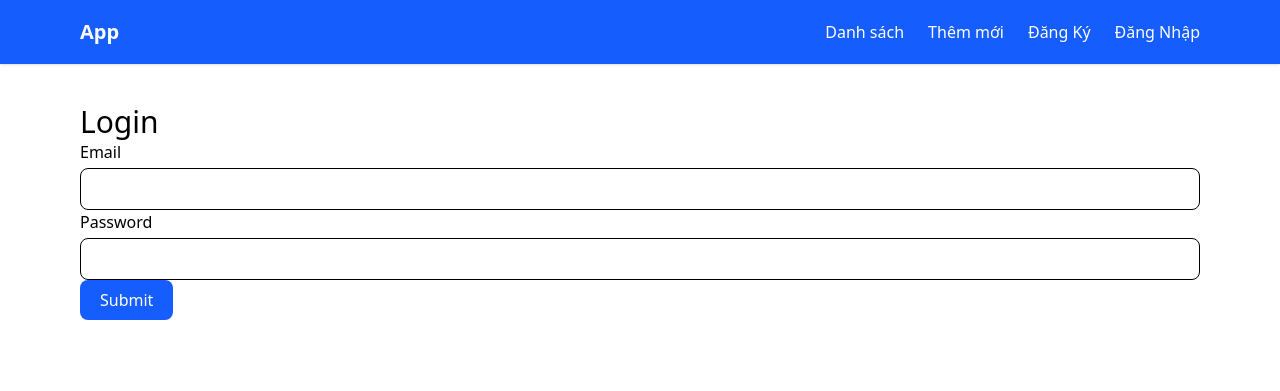
Repository: DODUCHUY195/Lap_Trinh_TypeScript
Page: /login
The author's editor kept a copy of each file at every save. The page is drawn from the files as they stood at one save, then again after the next save.
The browser window is 1280 px wide. The pictures show the whole page.
The project was rebuilt for these pictures with package versions that can differ from the ones it lists, and the page was loaded fresh each time. Also part of the build but not shown: vite.config.ts, src/pages/List.tsx, src/pages/Add.tsx, src/pages/Edit.tsx.

Above is the page before, as saved 2026-01-26 19:38:05.

After the next save:
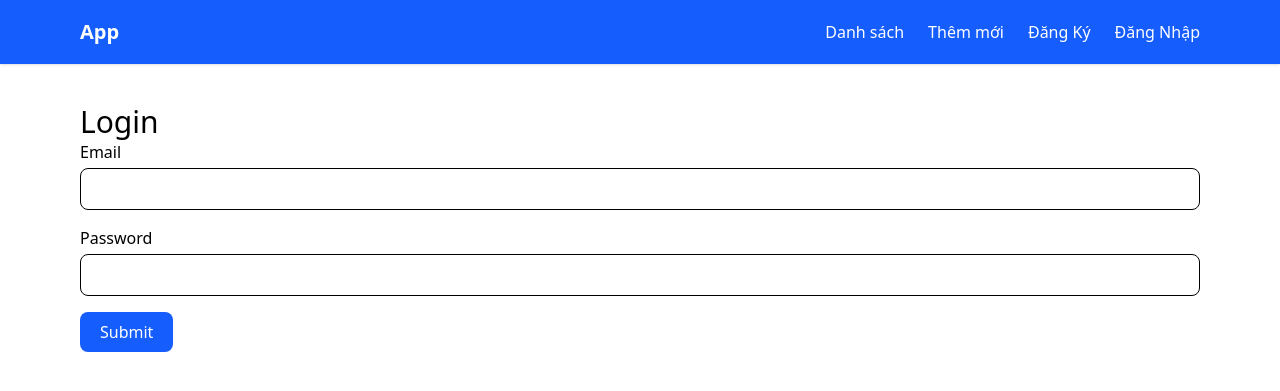
Saved 119 s later.
--- a/src/pages/AuthPage.tsx
+++ b/src/pages/AuthPage.tsx
@@ -8,25 +8,36 @@ type Props = {
 };
 
 type FormValues = {
+  username?: string;
   email: string;
   password: string;
+  confirmPassword?: string;
 };
 
 function AuthPage({ isLogin }: Props) {
   const nav = useNavigate();
-  const { register, handleSubmit } = useForm<FormValues>();
+  const {
+    register,
+    handleSubmit,
+    watch,
+    formState: { errors },
+  } = useForm<FormValues>();
   const onSubmit = async (values: FormValues) => {
     try {
       if (isLogin) {
-        const { data } = await axios.post(
-          "http://localhost:3000/login",
-          values,
-        );
+        const { data } = await axios.post("http://localhost:3000/login", {
+          email: values.email,
+          password: values.password,
+        });
         localStorage.setItem("accessToken", data.accessToken);
         toast.success("Đăng nhập thành công");
         nav("/list");
       } else {
-        await axios.post("http://localhost:3000/register", values);
+        await axios.post("http://localhost:3000/register", {
+          username: values.username,
+          email: values.email,
+          password: values.password,
+        });
         toast.success("Đăng ký thành công");
         nav("/login");
       }
@@ -34,35 +45,77 @@ function AuthPage({ isLogin }: Props) {
       console.log(error);
     }
   };
-
-  const validateForm = (): boolean => {
-    return true;
-  };
   return (
     <div className="">
       <h1 className="text-3xl">{isLogin ? "Login" : "Register"}</h1>
-      <form onSubmit={handleSubmit(onSubmit)}>
+      <form onSubmit={handleSubmit(onSubmit)} className="space-y-4">
+        {!isLogin && (
+          <div>
+            <label className="block font-medium mb-1">Username</label>
+            <input
+              {...register("username", {
+                required: "Bắt buộc",
+                minLength: { value: 5, message: "Phải > 4 ký tự" },
+              })}
+              type="text"
+              className="w-full border rounded-lg px-3 py-2 focus:outline-none focus:ring-2 focus:ring-blue-500"
+            />
+            {errors.username && (
+              <p className="text-red-600 mt-1">{errors.username.message}</p>
+            )}
+          </div>
+        )}
         <div>
-          <label htmlFor="text" className="block font-medium mb-1">
-            Email
-          </label>
+          <label className="block font-medium mb-1">Email</label>
           <input
-            {...register("email")}
+            {...register("email", {
+              required: "Bắt buộc",
+              pattern: {
+                value:
+                  /^[A-Za-z0-9._%+-]+@[A-Za-z0-9.-]+\.[A-Za-z]{2,}$/,
+                message: "Email không hợp lệ",
+              },
+            })}
             type="email"
             className="w-full border rounded-lg px-3 py-2 focus:outline-none focus:ring-2 focus:ring-blue-500"
           />
+          {errors.email && (
+            <p className="text-red-600 mt-1">{errors.email.message}</p>
+          )}
         </div>
         <div>
-          <label htmlFor="text" className="block font-medium mb-1">
-            Password
-          </label>
+          <label className="block font-medium mb-1">Password</label>
           <input
-            {...register("password")}
+            {...register("password", {
+              required: "Bắt buộc",
+              minLength: { value: 7, message: "Phải > 6 ký tự" },
+            })}
             type="password"
             className="w-full border rounded-lg px-3 py-2 focus:outline-none focus:ring-2 focus:ring-blue-500"
           />
+          {errors.password && (
+            <p className="text-red-600 mt-1">{errors.password.message}</p>
+          )}
         </div>
-
+        {!isLogin && (
+          <div>
+            <label className="block font-medium mb-1">Confirm Password</label>
+            <input
+              {...register("confirmPassword", {
+                required: "Bắt buộc",
+                validate: (v) =>
+                  v === watch("password") || "Không khớp password",
+              })}
+              type="password"
+              className="w-full border rounded-lg px-3 py-2 focus:outline-none focus:ring-2 focus:ring-blue-500"
+            />
+            {errors.confirmPassword && (
+              <p className="text-red-600 mt-1">
+                {errors.confirmPassword.message}
+              </p>
+            )}
+          </div>
+        )}
         <button
           type="submit"
           className="px-5 py-2 bg-blue-600 text-white rounded-lg hover:bg-blue-700 transition"
